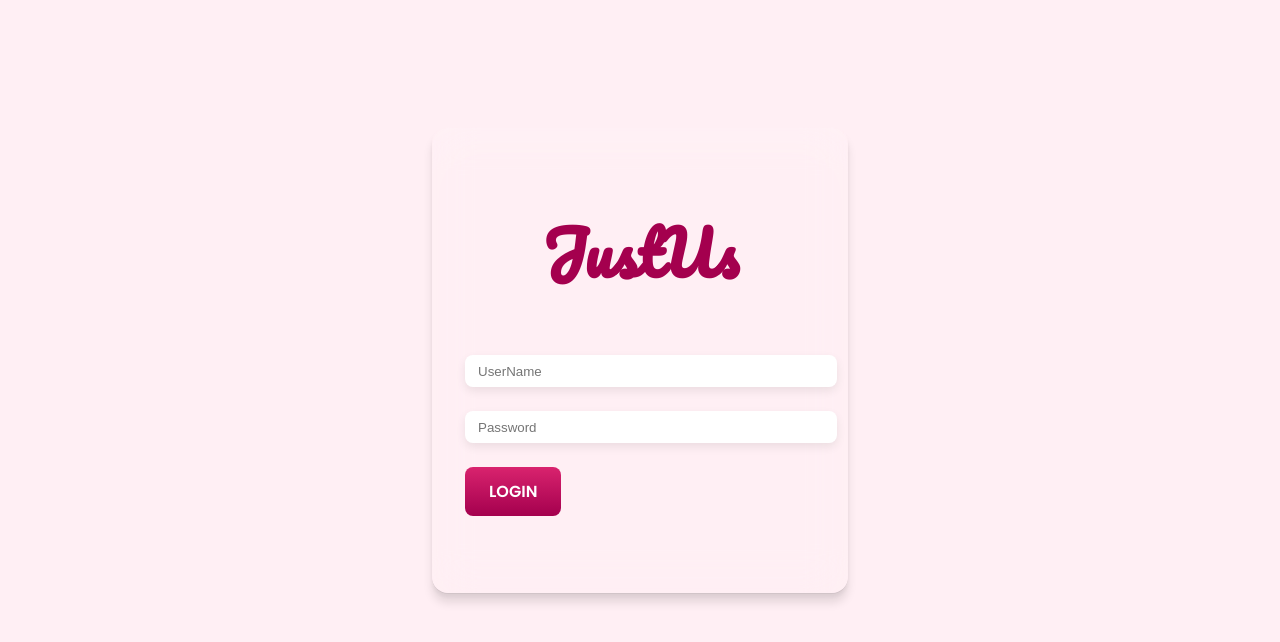
Repository: AfifaNoor/JustUs_ReactJs
Page: /
These files come from the project's save history. The page is drawn as it stood at one moment and after the next save; the edit follows.
The browser window is 1280 px wide. The pictures show the whole page.
The project was rebuilt for these pictures with package versions that can differ from the ones it lists, and the page was loaded fresh each time.

Above is the page before, as saved 2025-07-14 16:10:44.

After the next save:
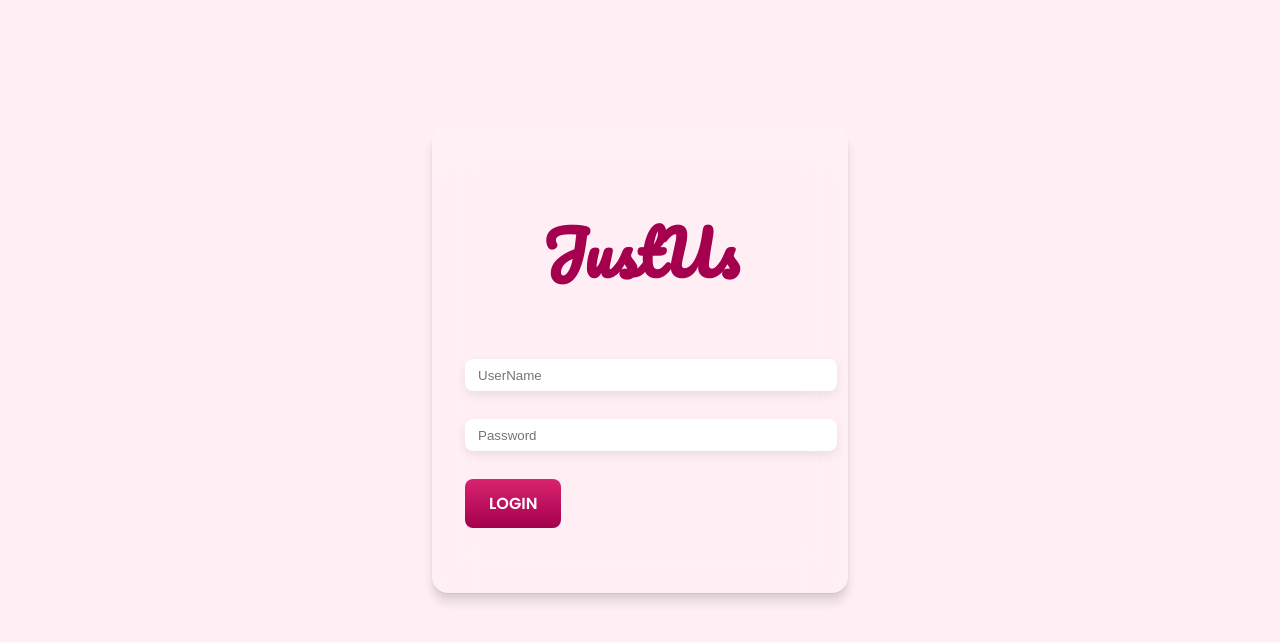
Saved 7 s later.
--- a/src/LoginPage.css
+++ b/src/LoginPage.css
@@ -53,7 +53,7 @@
     height: 400px;
     border-radius: 16px;
     padding: 32px;
-    gap:10px;
+    gap:14px;
     flex-direction: column;
     display: flex;
     z-index: 1;
